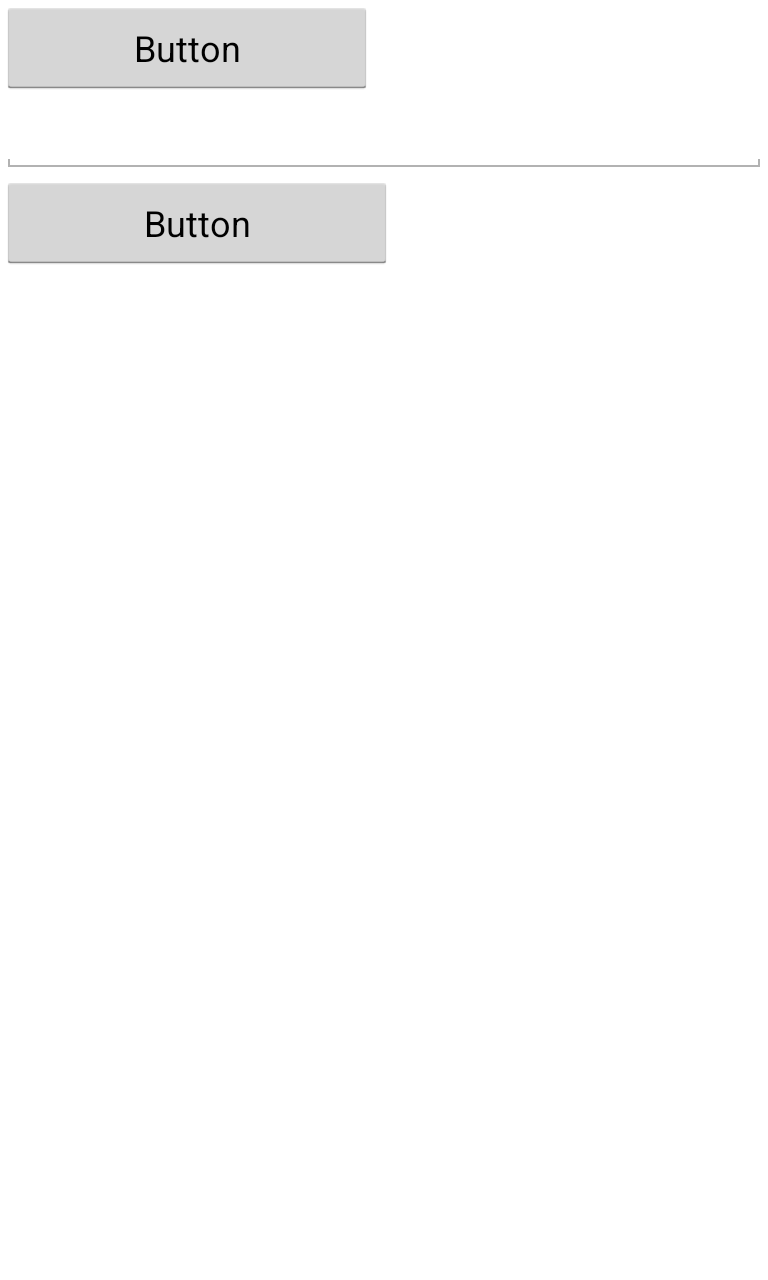
Repository: epson121/forumhr_mobile
Layout: TopicsActivity/res/layout/dialog_go_to_page.xml
These files come from the project's save history. The layout is drawn as it stood at one moment and after the next save; the edit follows.
It is drawn on a 768 x 1280 px phone screen (xhdpi) without system bars, with theme AppTheme; the app's code is not run.

Above is the layout before, as saved 2013-02-21 22:14:08.

After the next save:
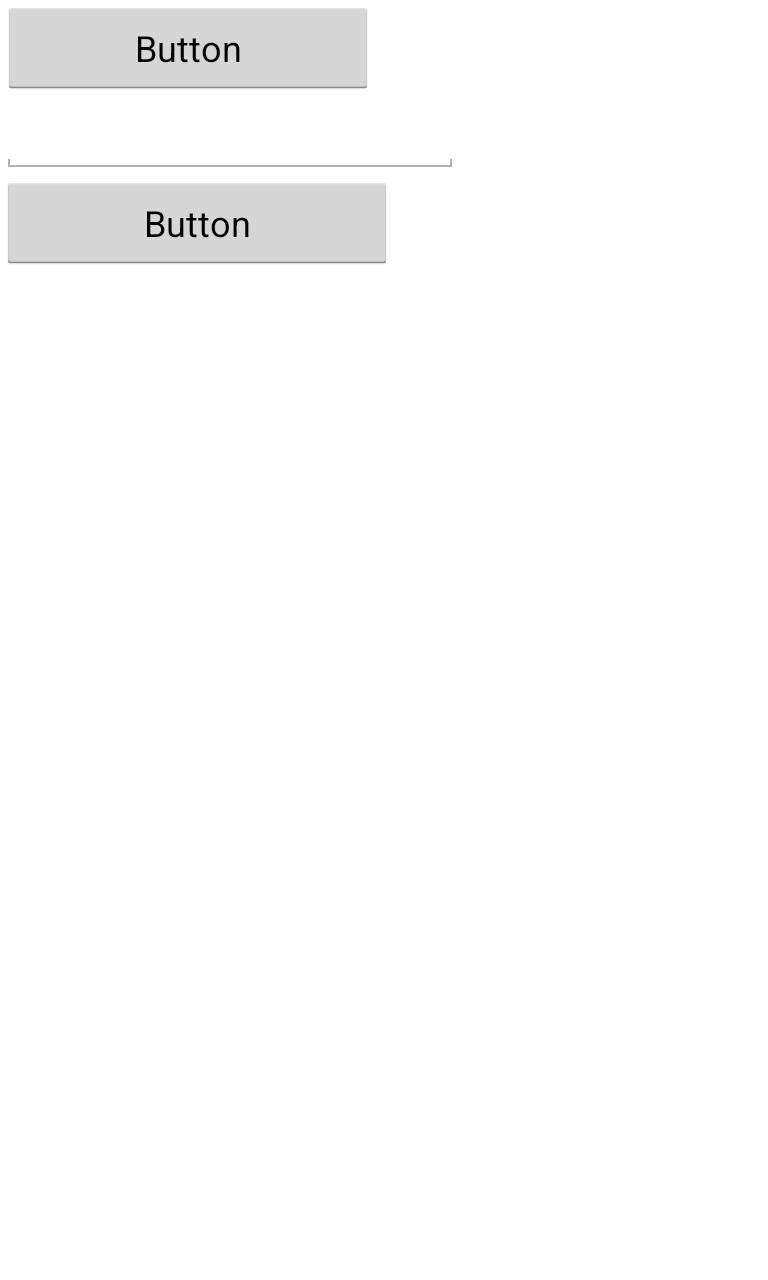
Saved 31 s later.
--- a/TopicsActivity/res/layout/dialog_go_to_page.xml
+++ b/TopicsActivity/res/layout/dialog_go_to_page.xml
@@ -8,11 +8,13 @@
         android:id="@+id/button1"
         android:layout_width="187dp"
         android:layout_height="wrap_content"
-        android:text="Button" />
+        android:text="Button"
+        android:layout_marginLeft="25%"
+        />
 
     <EditText
         android:id="@+id/editText1"
-        android:layout_width="match_parent"
+        android:layout_width="230dp"
         android:layout_height="wrap_content"
         android:ems="10"
         android:inputType="number" >
